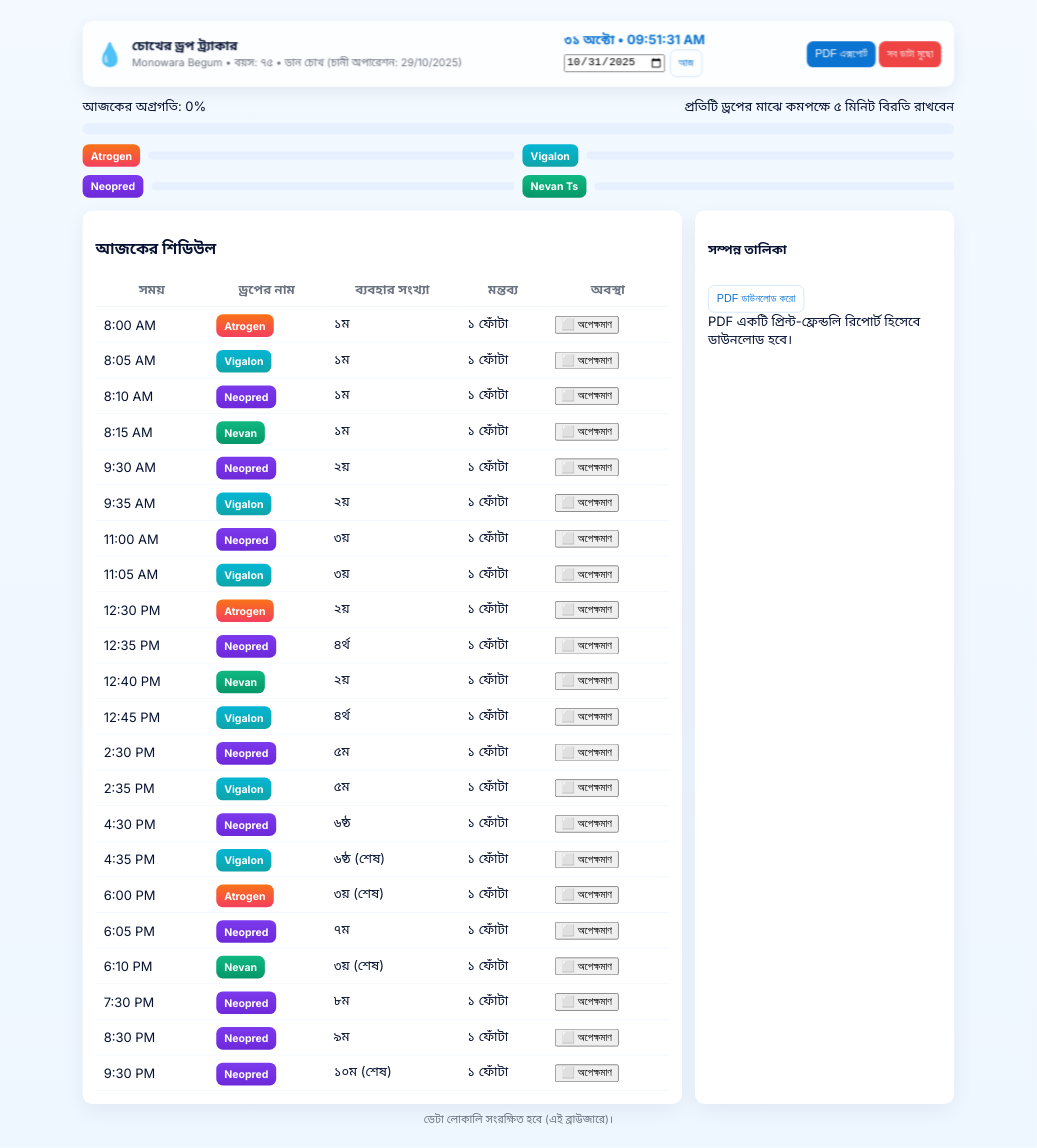
Repository: naimuddin1190/EyeDrop-Tracker
Page: index.html
The author's editor kept a copy of each file at every save. The page is drawn from the files as they stood at one save, then again after the next save.
The browser window is 1280 px wide. The pictures show the whole page, at 81% of full size.

Above is the page before, as saved 2025-10-31 10:11:27.

### index.html
<!doctype html>
<html lang="bn">
<head>
  <meta charset="utf-8" />
  <meta name="viewport" content="width=device-width,initial-scale=1" />
  <title>চোখের ড্রপ ট্র্যাকার — Monowara Begum</title>

  <!-- Fonts -->
  <link href="https://fonts.googleapis.com/css2?family=Inter:wght@400;600;700&family=Noto+Sans+Bengali:wght@400;600&display=swap" rel="stylesheet">

  <!-- Styles -->
  <link rel="stylesheet" href="styles.css">

  <!-- html2pdf -->
  <script src="https://unpkg.com/html2pdf.js@0.9.3/dist/html2pdf.bundle.min.js"></script>
</head>
<body>
  <div class="app">
    <header class="topbar">
      <div class="brand">
        <div class="logo">💧</div>
        <div>
          <div class="title">চোখের ড্রপ ট্র্যাকার</div>
          <div class="subtitle">Monowara Begum • বয়স: ৭৫ • ডান চোখ (চানী অপারেশন: 29/10/2025)</div>
        </div>
      </div>

      <div class="top-center">
        <div class="live-time" id="liveTime">—:—</div>
        <div class="date-controls">
          <input type="date" id="viewDate">
          <button id="todayBtn" class="btn ghost">আজ</button>
        </div>
      </div>

      <div class="top-right">
        <button id="exportPdf" class="btn">PDF এক্সপোর্ট</button>
        <button id="clearAll" class="btn danger">সব ডাটা মুছো</button>
      </div>
    </header>

    <!-- Overall progress -->
    <section class="progress-wrap">
      <div class="progress-info">
        <div id="progressText">আজকের অগ্রগতি: 0%</div>
        <div class="small-note">প্রতিটি ড্রপের মাঝে কমপক্ষে ৫ মিনিট বিরতি রাখবেন</div>
      </div>
      <div class="progress-bar-bg">
        <div id="progressBar" class="progress-bar-fill"></div>
      </div>
    </section>

    <!-- 4 individual medicine progress -->
    <section class="progress-multi">
      <div class="med-progress">
        <span class="med-badge med-atrogen">Atrogen</span>
        <div class="progress-bar-bg small"><div id="prog-atrogen" class="progress-bar-fill"></div></div>
      </div>
      <div class="med-progress">
        <span class="med-badge med-vigalon">Vigalon</span>
        <div class="progress-bar-bg small"><div id="prog-vigalon" class="progress-bar-fill"></div></div>
      </div>
      <div class="med-progress">
        <span class="med-badge med-neopred">Neopred</span>
        <div class="progress-bar-bg small"><div id="prog-neopred" class="progress-bar-fill"></div></div>
      </div>
      <div class="med-progress">
        <span class="med-badge med-nevan">Nevan Ts</span>
        <div class="progress-bar-bg small"><div id="prog-nevan" class="progress-bar-fill"></div></div>
      </div>
    </section>

    <!-- Main area -->
    <main class="content">
      <section class="card schedule-card">
        <h3>আজকের শিডিউল</h3>
        <div class="table-wrap">
          <table id="scheduleTable" class="schedule-table">
            <thead>
              <tr>
                <th>সময়</th>
                <th>ড্রপের নাম</th>
                <th>ব্যবহার সংখ্যা</th>
                <th>মন্তব্য</th>
                <th>অবস্থা</th>
              </tr>
            </thead>
            <tbody id="scheduleBody"></tbody>
          </table>
        </div>
      </section>

      <aside class="card side-card">
        <h4>সম্পন্ন তালিকা</h4>
        <ul id="completedList" class="completed-list"></ul>
        <div class="side-actions">
          <button id="exportPdfManual" class="btn ghost">PDF ডাউনলোড করো</button>
          <div class="small-note">PDF একটি প্রিন্ট-ফ্রেন্ডলি রিপোর্ট হিসেবে ডাউনলোড হবে।</div>
        </div>
      </aside>
    </main>

    <div id="pdfContainer" style="display:none;"></div>
    <footer class="footer">ডেটা লোকালি সংরক্ষিত হবে (এই ব্রাউজারে)।</footer>
  </div>

  <script src="app.js"></script>
</body>
</html>

### styles.css
:root{
  --bg:#f6fbff;
  --card:#ffffff;
  --accent:#0b74d1;
  --accent-2:#7c3aed;
  --muted:#6b7280;
  --green:#10b981;
  --danger:#ef4444;
}

*{box-sizing:border-box}
body{
  margin:0;
  font-family:"Inter","Noto Sans Bengali",system-ui;
  background:linear-gradient(180deg,#f3f9ff 0%,#eef6ff 100%);
  color:#071233;
}

/* Container */
.app{max-width:1100px;margin:14px auto;padding:12px;}

/* Topbar */
.topbar{
  display:flex;align-items:center;justify-content:space-between;
  gap:12px;padding:12px 16px;border-radius:12px;
  background:rgba(255,255,255,0.8);box-shadow:0 6px 22px rgba(9,30,66,0.08);
  backdrop-filter:blur(6px);flex-wrap:wrap;
}
.brand{display:flex;align-items:center;gap:10px}
.logo{font-size:28px}
.title{font-weight:700;font-size:16px}
.subtitle{font-size:13px;color:var(--muted)}
.live-time{color:var(--accent);font-weight:700}
.btn{background:var(--accent);color:#fff;padding:8px 10px;border-radius:8px;border:0;cursor:pointer}
.btn.ghost{background:transparent;color:var(--accent);border:1px solid rgba(11,116,209,0.2)}
.btn.danger{background:var(--danger)}
.date-controls{display:flex;align-items:center;gap:6px}

/* Progress */
.progress-wrap{margin-top:14px;display:flex;flex-direction:column;gap:8px}
.progress-bar-bg{height:14px;background:#e6f0ff;border-radius:12px;overflow:hidden}
.progress-bar-fill{height:100%;width:0%;background:linear-gradient(90deg,var(--accent),var(--accent-2));transition:width 400ms ease}
.progress-info{display:flex;justify-content:space-between;align-items:center}

/* Small individual bars */
.progress-multi{display:grid;grid-template-columns:1fr 1fr;gap:10px;margin-top:12px;}
.med-progress{display:flex;align-items:center;gap:10px}
.progress-bar-bg.small{flex:1;height:10px}
.med-badge{padding:6px 10px;border-radius:8px;color:#fff;font-weight:700;font-size:13px}
.med-atrogen{background:linear-gradient(180deg,#f97316,#f43f5e)}
.med-vigalon{background:linear-gradient(180deg,#06b6d4,#0ea5a9)}
.med-neopred{background:linear-gradient(180deg,#7c3aed,#6d28d9)}
.med-nevan{background:linear-gradient(180deg,#10b981,#059669)}

/* Layout */
.content{display:grid;grid-template-columns:1fr 320px;gap:16px;margin-top:16px}
.card{background:var(--card);padding:16px;border-radius:12px;box-shadow:0 8px 28px rgba(13,27,65,0.06)}
.table-wrap{overflow:auto}

/* Table */
.schedule-table{width:100%;border-collapse:collapse;min-width:560px}
.schedule-table th{padding:8px;border-bottom:1px solid #eef4ff;color:var(--muted)}
.schedule-table td{padding:10px;border-bottom:1px solid #f1f7ff}

/* Completed list */
.completed-list{list-style:none;padding:0;margin:0;max-height:300px;overflow:auto}
.completed-list li{background:#f3f9ff;padding:8px;margin-bottom:6px;border-radius:8px;font-weight:600;color:#073257}
.side-actions{margin-top:10px}

/* Footer */
.footer{text-align:center;font-size:13px;color:var(--muted);margin-top:10px}

/* Responsive */
@media(max-width:900px){
  .content{grid-template-columns:1fr}
  .progress-multi{grid-template-columns:1fr}
}

### app.js
/* app.js — বাংলা UI + ৪টি ড্রপের প্রগ্রেস বার */
const scheduleData = [
  ["8:00 AM", "Atrogen 1%", "১ম", "১ ফোঁটা", "atrogen"],
  ["8:05 AM", "Vigalon", "১ম", "১ ফোঁটা", "vigalon"],
  ["8:10 AM", "Neopred", "১ম", "১ ফোঁটা", "neopred"],
  ["8:15 AM", "Nevan Ts", "১ম", "১ ফোঁটা", "nevan"],
  ["9:30 AM", "Neopred", "২য়", "১ ফোঁটা", "neopred"],
  ["9:35 AM", "Vigalon", "২য়", "১ ফোঁটা", "vigalon"],
  ["11:00 AM", "Neopred", "৩য়", "১ ফোঁটা", "neopred"],
  ["11:05 AM", "Vigalon", "৩য়", "১ ফোঁটা", "vigalon"],
  ["12:30 PM", "Atrogen 1%", "২য়", "১ ফোঁটা", "atrogen"],
  ["12:35 PM", "Neopred", "৪র্থ", "১ ফোঁটা", "neopred"],
  ["12:40 PM", "Nevan Ts", "২য়", "১ ফোঁটা", "nevan"],
  ["12:45 PM", "Vigalon", "৪র্থ", "১ ফোঁটা", "vigalon"],
  ["2:30 PM", "Neopred", "৫ম", "১ ফোঁটা", "neopred"],
  ["2:35 PM", "Vigalon", "৫ম", "১ ফোঁটা", "vigalon"],
  ["4:30 PM", "Neopred", "৬ষ্ঠ", "১ ফোঁটা", "neopred"],
  ["4:35 PM", "Vigalon", "৬ষ্ঠ (শেষ)", "১ ফোঁটা", "vigalon"],
  ["6:00 PM", "Atrogen 1%", "৩য় (শেষ)", "১ ফোঁটা", "atrogen"],
  ["6:05 PM", "Neopred", "৭ম", "১ ফোঁটা", "neopred"],
  ["6:10 PM", "Nevan Ts", "৩য় (শেষ)", "১ ফোঁটা", "nevan"],
  ["7:30 PM", "Neopred", "৮ম", "১ ফোঁটা", "neopred"],
  ["8:30 PM", "Neopred", "৯ম", "১ ফোঁটা", "neopred"],
  ["9:30 PM", "Neopred", "১০ম (শেষ)", "১ ফোঁটা", "neopred"]
];

const scheduleBody=document.getElementById('scheduleBody');
const completedList=document.getElementById('completedList');
const progressBar=document.getElementById('progressBar');
const progressText=document.getElementById('progressText');
const liveTime=document.getElementById('liveTime');
const viewDate=document.getElementById('viewDate');
const todayBtn=document.getElementById('todayBtn');
const exportPdf=document.getElementById('exportPdf');
const exportPdfManual=document.getElementById('exportPdfManual');
const clearAll=document.getElementById('clearAll');
const pdfContainer=document.getElementById('pdfContainer');

// নতুন ৪ প্রগ্রেস বারের রেফারেন্স
const progBars={
  atrogen:document.getElementById('prog-atrogen'),
  vigalon:document.getElementById('prog-vigalon'),
  neopred:document.getElementById('prog-neopred'),
  nevan:document.getElementById('prog-nevan')
};

const TOTAL=scheduleData.length;
function isoToday(d=new Date()){return new Date(d.getTime()-d.getTimezoneOffset()*60000).toISOString().slice(0,10);}
viewDate.value=isoToday();

// সময় দেখানো
function updateClock(){
  const n=new Date();
  liveTime.textContent=n.toLocaleDateString('bn-BD',{month:'short',day:'numeric'})+' • '+n.toLocaleTimeString([], {hour:'2-digit',minute:'2-digit',second:'2-digit'});
}
setInterval(updateClock,1000);updateClock();

// Storage
function keyFor(d){return 'eyedrop_'+d;}
function loadDay(d){
  const raw=localStorage.getItem(keyFor(d));
  if(!raw){
    const obj=scheduleData.map((r,i)=>({idx:i,time:r[0],med:r[1],count:r[2],note:r[3],tag:r[4],taken:false}));
    localStorage.setItem(keyFor(d),JSON.stringify(obj));return obj;
  }
  return JSON.parse(raw);
}
function saveDay(d,arr){localStorage.setItem(keyFor(d),JSON.stringify(arr));}

// Render
function render(){
  const dateStr=viewDate.value;
  const day=loadDay(dateStr);
  scheduleBody.innerHTML='';completedList.innerHTML='';
  day.forEach(it=>{
    const tr=document.createElement('tr');
    const medBadge=`<span class="med-badge med-${it.tag}">${it.med.split(' ')[0]}</span>`;
    tr.innerHTML=`<td>${it.time}</td><td>${medBadge}</td><td>${it.count}</td><td>${it.note}</td>
      <td><button class="mark-btn ${it.taken?'done':''}" data-idx="${it.idx}">${it.taken?'✅ সম্পন্ন':'⬜ অপেক্ষমাণ'}</button></td>`;
    scheduleBody.appendChild(tr);
    if(it.taken){
      const li=document.createElement('li');
      li.textContent=`${it.time} — ${it.med} (${it.count})`;
      completedList.appendChild(li);
    }
  });
  document.querySelectorAll('.mark-btn').forEach(btn=>{
    btn.onclick=()=>{toggleTaken(dateStr,parseInt(btn.dataset.idx));};
  });
  updateProgressUI(day);
}

// Toggle
function toggleTaken(d,idx){
  const day=loadDay(d);
  const item=day.find(i=>i.idx===idx);
  item.taken=!item.taken;
  saveDay(d,day);
  render();
}

// Progress Update
function updateProgressUI(day){
  const done=day.filter(d=>d.taken).length;
  const percent=Math.round((done/TOTAL)*100);
  progressBar.style.width=percent+'%';
  progressText.textContent=`আজকের অগ্রগতি: ${percent}%`;

  // আলাদা ৪ প্রগ্রেস বারের জন্য
  const tags=['atrogen','vigalon','neopred','nevan'];
  tags.forEach(tag=>{
    const total=day.filter(d=>d.tag===tag).length;
    const done=day.filter(d=>d.tag===tag && d.taken).length;
    const p=Math.round((done/total)*100);
    progBars[tag].style.width=p+'%';
  });
}

// Buttons
todayBtn.onclick=()=>{viewDate.value=isoToday();render();};
viewDate.onchange=()=>render();
clearAll.onclick=()=>{if(confirm("সব ডাটা মুছে ফেলতে চাও?")){Object.keys(localStorage).forEach(k=>{if(k.startsWith('eyedrop_'))localStorage.removeItem(k)});render();}}
render();

### style.css
body {
  font-family: "Noto Sans Bengali", sans-serif;
  background: #e8f4ff;
  margin: 0;
  padding: 0;
}

.container {
  max-width: 400px;
  margin: 20px auto;
  background: white;
  padding: 20px;
  border-radius: 10px;
  box-shadow: 0 4px 8px rgba(0,0,0,0.2);
}

h1 {
  text-align: center;
  color: #0066cc;
}

h2 {
  text-align: center;
  color: #333;
}

table {
  width: 100%;
  border-collapse: collapse;
}

th, td {
  border: 1px solid #ccc;
  padding: 8px;
  text-align: center;
}

tr:nth-child(even) {
  background-color: #f9f9f9;
}

button {
  width: 100%;
  margin-top: 15px;
  padding: 10px;
  background: #007bff;
  color: white;
  border: none;
  border-radius: 5px;
  font-size: 16px;
}

button:hover {
  background: #0056b3;
}

### script.js
const drops = [
  { name: "Atrogen 1%", times: ["8:00", "14:00", "20:00"] },
  { name: "Vigalon", times: ["8:30", "11:30", "14:30", "17:30", "20:30", "22:00"] },
  { name: "Neopred", times: ["8:00", "9:00", "10:00", "11:00", "12:00", "13:00", "14:00", "15:00", "16:00", "17:00"] },
  { name: "Nevan Ts", times: ["9:00", "15:00", "21:00"] }
];

const table = document.getElementById("schedule");
const resetBtn = document.getElementById("reset");

function loadSchedule() {
  const saved = JSON.parse(localStorage.getItem("eyeDrops")) || {};
  table.innerHTML = "<tr><th>ড্রপের নাম</th><th>সময়</th><th>অবস্থা</th></tr>";

  drops.forEach(drop => {
    drop.times.forEach(time => {
      const key = `${drop.name}-${time}`;
      const done = saved[key];
      const row = document.createElement("tr");
      row.innerHTML = `
        <td>${drop.name}</td>
        <td>${time}</td>
        <td>
          <button class="mark-btn" data-key="${key}">
            ${done ? "✅ নেওয়া হয়েছে" : "⬜ নেওয়া বাকি"}
          </button>
        </td>`;
      table.appendChild(row);
    });
  });

  document.querySelectorAll(".mark-btn").forEach(btn => {
    btn.addEventListener("click", () => toggleDrop(btn.dataset.key));
  });
}

function toggleDrop(key) {
  const saved = JSON.parse(localStorage.getItem("eyeDrops")) || {};
  saved[key] = !saved[key];
  localStorage.setItem("eyeDrops", JSON.stringify(saved));
  loadSchedule();
}

resetBtn.addEventListener("click", () => {
  if (confirm("সব রেকর্ড মুছে ফেলতে চাও?")) {
    localStorage.removeItem("eyeDrops");
    loadSchedule();
  }
});

loadSchedule();

After the next save:
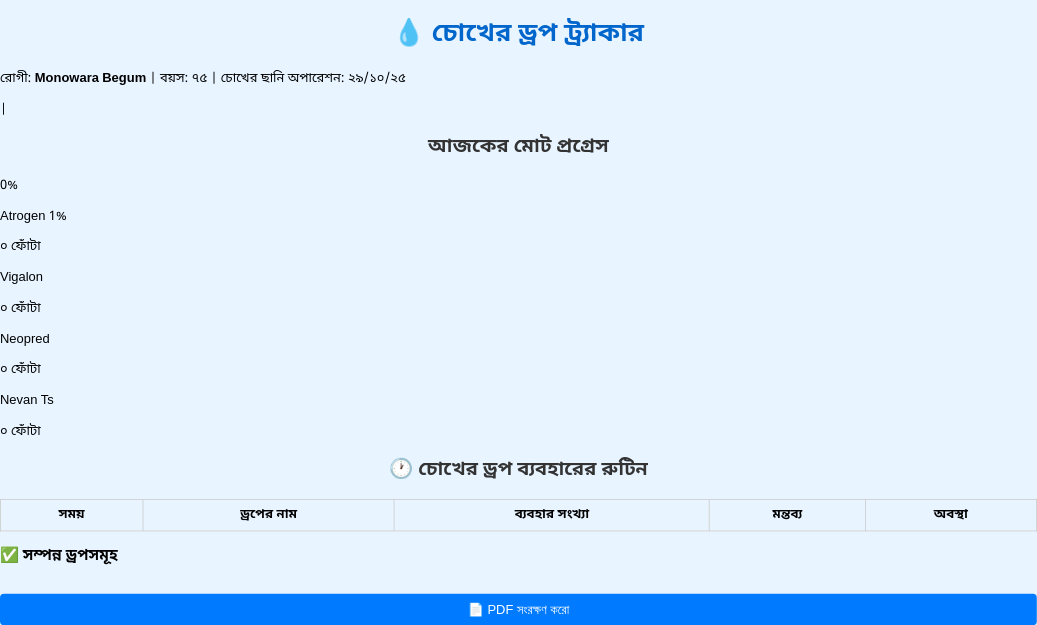
Console error: TypeError: Cannot read properties of null (reading 'addEventListener')
Saved 2 min 33 s later.
--- a/index.html
+++ b/index.html
@@ -1,109 +1,65 @@
-<!doctype html>
+<!DOCTYPE html>
 <html lang="bn">
 <head>
-  <meta charset="utf-8" />
-  <meta name="viewport" content="width=device-width,initial-scale=1" />
-  <title>চোখের ড্রপ ট্র্যাকার — Monowara Begum</title>
-
-  <!-- Fonts -->
-  <link href="https://fonts.googleapis.com/css2?family=Inter:wght@400;600;700&family=Noto+Sans+Bengali:wght@400;600&display=swap" rel="stylesheet">
-
-  <!-- Styles -->
-  <link rel="stylesheet" href="styles.css">
-
-  <!-- html2pdf -->
-  <script src="https://unpkg.com/html2pdf.js@0.9.3/dist/html2pdf.bundle.min.js"></script>
+  <meta charset="UTF-8">
+  <meta name="viewport" content="width=device-width, initial-scale=1.0">
+  <title>চোখের ড্রপ ট্র্যাকার - Monowara Begum</title>
+  <link rel="stylesheet" href="style.css">
 </head>
 <body>
-  <div class="app">
-    <header class="topbar">
-      <div class="brand">
-        <div class="logo">💧</div>
-        <div>
-          <div class="title">চোখের ড্রপ ট্র্যাকার</div>
-          <div class="subtitle">Monowara Begum • বয়স: ৭৫ • ডান চোখ (চানী অপারেশন: 29/10/2025)</div>
-        </div>
-      </div>
+  <header>
+    <h1>💧 চোখের ড্রপ ট্র্যাকার</h1>
+    <p>রোগী: <strong>Monowara Begum</strong> | বয়স: ৭৫ | চোখের ছানি অপারেশন: ২৯/১০/২৫</p>
+    <div class="datetime">
+      <span id="current-date"></span> |
+      <span id="current-time"></span>
+    </div>
+  </header>
 
-      <div class="top-center">
-        <div class="live-time" id="liveTime">—:—</div>
-        <div class="date-controls">
-          <input type="date" id="viewDate">
-          <button id="todayBtn" class="btn ghost">আজ</button>
-        </div>
-      </div>
+  <section class="progress-section">
+    <h2>আজকের মোট প্রগ্রেস</h2>
+    <div class="progress-container">
+      <div class="progress-bar" id="totalProgress"><span>0%</span></div>
+    </div>
 
-      <div class="top-right">
-        <button id="exportPdf" class="btn">PDF এক্সপোর্ট</button>
-        <button id="clearAll" class="btn danger">সব ডাটা মুছো</button>
-      </div>
-    </header>
+    <div class="drop-progress">
+      <p>Atrogen 1%</p>
+      <div class="progress-bar atrogen" id="atrogenProgress"><span>০ ফোঁটা</span></div>
 
-    <!-- Overall progress -->
-    <section class="progress-wrap">
-      <div class="progress-info">
-        <div id="progressText">আজকের অগ্রগতি: 0%</div>
-        <div class="small-note">প্রতিটি ড্রপের মাঝে কমপক্ষে ৫ মিনিট বিরতি রাখবেন</div>
-      </div>
-      <div class="progress-bar-bg">
-        <div id="progressBar" class="progress-bar-fill"></div>
-      </div>
-    </section>
+      <p>Vigalon</p>
+      <div class="progress-bar vigalon" id="vigalonProgress"><span>০ ফোঁটা</span></div>
 
-    <!-- 4 individual medicine progress -->
-    <section class="progress-multi">
-      <div class="med-progress">
-        <span class="med-badge med-atrogen">Atrogen</span>
-        <div class="progress-bar-bg small"><div id="prog-atrogen" class="progress-bar-fill"></div></div>
-      </div>
-      <div class="med-progress">
-        <span class="med-badge med-vigalon">Vigalon</span>
-        <div class="progress-bar-bg small"><div id="prog-vigalon" class="progress-bar-fill"></div></div>
-      </div>
-      <div class="med-progress">
-        <span class="med-badge med-neopred">Neopred</span>
-        <div class="progress-bar-bg small"><div id="prog-neopred" class="progress-bar-fill"></div></div>
-      </div>
-      <div class="med-progress">
-        <span class="med-badge med-nevan">Nevan Ts</span>
-        <div class="progress-bar-bg small"><div id="prog-nevan" class="progress-bar-fill"></div></div>
-      </div>
-    </section>
+      <p>Neopred</p>
+      <div class="progress-bar neopred" id="neopredProgress"><span>০ ফোঁটা</span></div>
 
-    <!-- Main area -->
-    <main class="content">
-      <section class="card schedule-card">
-        <h3>আজকের শিডিউল</h3>
-        <div class="table-wrap">
-          <table id="scheduleTable" class="schedule-table">
-            <thead>
-              <tr>
-                <th>সময়</th>
-                <th>ড্রপের নাম</th>
-                <th>ব্যবহার সংখ্যা</th>
-                <th>মন্তব্য</th>
-                <th>অবস্থা</th>
-              </tr>
-            </thead>
-            <tbody id="scheduleBody"></tbody>
-          </table>
-        </div>
-      </section>
+      <p>Nevan Ts</p>
+      <div class="progress-bar nevan" id="nevanProgress"><span>০ ফোঁটা</span></div>
+    </div>
+  </section>
 
-      <aside class="card side-card">
-        <h4>সম্পন্ন তালিকা</h4>
-        <ul id="completedList" class="completed-list"></ul>
-        <div class="side-actions">
-          <button id="exportPdfManual" class="btn ghost">PDF ডাউনলোড করো</button>
-          <div class="small-note">PDF একটি প্রিন্ট-ফ্রেন্ডলি রিপোর্ট হিসেবে ডাউনলোড হবে।</div>
-        </div>
-      </aside>
-    </main>
+  <section class="table-section">
+    <h2>🕐 চোখের ড্রপ ব্যবহারের রুটিন</h2>
+    <table id="dropTable">
+      <thead>
+        <tr>
+          <th>সময়</th>
+          <th>ড্রপের নাম</th>
+          <th>ব্যবহার সংখ্যা</th>
+          <th>মন্তব্য</th>
+          <th>অবস্থা</th>
+        </tr>
+      </thead>
+      <tbody></tbody>
+    </table>
+  </section>
 
-    <div id="pdfContainer" style="display:none;"></div>
-    <footer class="footer">ডেটা লোকালি সংরক্ষিত হবে (এই ব্রাউজারে)।</footer>
-  </div>
+  <aside id="sidebar">
+    <h3>✅ সম্পন্ন ড্রপসমূহ</h3>
+    <ul id="completedList"></ul>
+  </aside>
 
-  <script src="app.js"></script>
+  <button id="downloadPDF">📄 PDF সংরক্ষণ করো</button>
+
+  <script src="script.js"></script>
 </body>
 </html>
